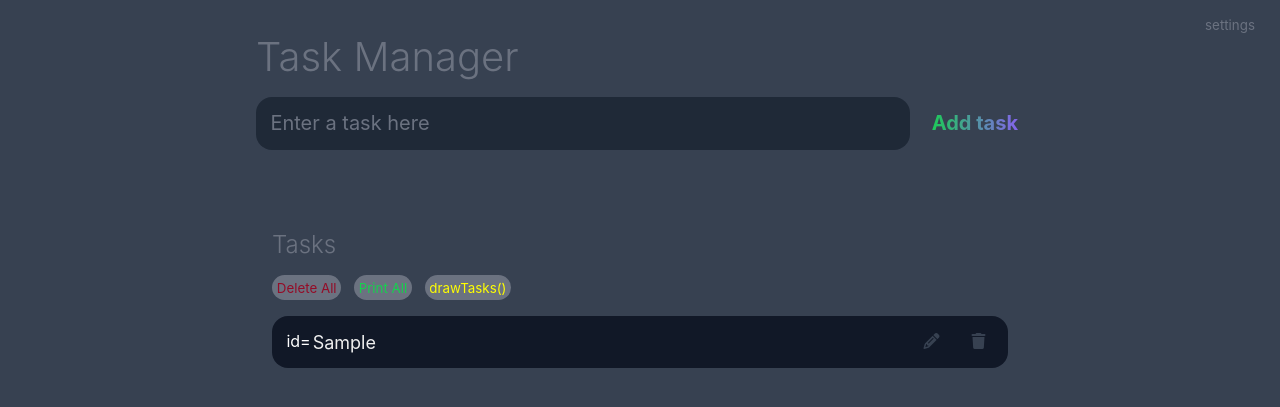
Repository: Herschenglime/todo-list-exercise
Page: index.html
These files come from the project's save history. The page is drawn as it stood at one moment and after the next save; the edit follows.
The browser window is 1280 px wide. The pictures show the whole page.
Empty fields were first filled with sample values (such as "Sample", 5 or name@example.com).
After loading, the first visible `#new-task-form` was submitted once.
Some web libraries are served in a nearby version.

Above is the page before, as saved 2022-04-20 02:15:48.

### index.html
<!DOCTYPE html>
<html lang="en">
<head>
    <meta charset="UTF-8">
    <meta http-equiv="X-UA-Compatible" content="IE=edge">
    <meta name="viewport" content="width=device-width, initial-scale=1.0">
    <title>Task Manager</title>
    <link rel="stylesheet" href="sytles.css">
    <script src="https://kit.fontawesome.com/8f66459c5a.js" crossorigin="anonymous"></script>
</head>
<body>
    <nav class="navbar">
        <div class="navbar__container">
            <button id="settings" onclick="toggleSettings()"> settings </button>
        </div>
    </nav>

    <header>
        <h1>Task Manager</h1>
        <form id="new-task-form">
            <input
                type="text"
                id="new-task-input"
                placeholder="Enter a task here" />
            <input
                type="submit"
                id="new-task-submit"
                value="Add task" />
        </form>
    </header>

    <main>
        <section class="task-list">
            <h2>Tasks</h2>
            <div class="overall">
                <button id="delete_all">Delete All</button>
                <button id="print_all">Print All</button>
                <button id="drawTasks_button">drawTasks()</button>

            </div>

            <div id="tasks"></div>
        </section>

    <div class="popup" id="settings_popup">
        <div class="overlay" onclick="toggleSettings()"></div>
        <div class="content">
            <div class="close_button" onclick="toggleSettings()">&times;</div>
            <h1>Allow Duplicates?</h1>
            <p1>Automatically delete duplicate entries?</p1>
            <div class="buttons">
                <button id="toggle_duplicates" onclick="toggleDuplicates()">toggle duplicates</button>
                <button id="joke_button" onclick="testAPI()">tell me a joke</button>
            </div>
        </div>
    </div>

    <script src="app.js"></script>
</body>
</html>

### sytles.css
:root {
    --dark: #374151;
    --darker: #1f2937;
    --darkest: #111827;
    --gray: #6b7280;
    --light: #EEE;
    --pink: #EC4899;
    --purple: #8B5Cf6;
    --green: #16d14e;
    --red: rgb(148, 12, 39);
}

* {
    box-sizing: border-box;
    margin: 0;
    font-family: -apple-system, BlinkMacSystemFont, 'Segoe UI', Roboto, Oxygen, Ubuntu, Cantarell, 'Open Sans', 'Helvetica Neue', sans-serif;
}

body {
    display: flex;
    flex-direction: column;
    min-height: 100vh;
    background: var(--dark);
    color: white;
}

header {
    padding: 2rem 1rem;
    max-width: 800px;
    width: 100%;
    margin: 0 auto;
}

header h1 {
    font-size: 2.5rem;
    font-weight: 300;
    color: var(--gray);
    margin-bottom: 1rem;
}

#new-task-form {
    display: flex;
}

input, button {
    appearance: none;
    border: none;
    outline: none;
    background: none;
}

#new-task-input {
    flex: 1 1 0%;
    background-color: var(--darker);
    padding: .9rem;
    border-radius: 1rem;
    margin-right: 1rem;
    color: var(--light);
    font-size: 1.25rem;
}

#new-task-input::placeholder {
    color: var(--gray);
}

#new-task-submit {
    color: var(--green);
    font-size: 1.25rem;
    font-weight: 700;
    background-image: linear-gradient(to right, var(--green), var(--purple));
    -webkit-background-clip: text;
    -webkit-text-fill-color: transparent;
    cursor: pointer;
    /* transition: 0.4s; */
}

#new-task-submit:hover {
    opacity: 0.8;
}

#new-task-submit:active {
    opacity: 0.67;
}

#settings {
    color: var(--gray);
    position: absolute;
    margin-top: 1rem;
    right: 0px;
    width: 100px;
    cursor: pointer;
}

#settings:hover {
    opacity: 0.8;
}

#settings:active {
    opacity: 0.67;
}

.popup .overlay {
    position:fixed;
    top: 0rem;
    left: 0rem;
    width: 100vw;
    height: 100vh;
    background: rgba(0, 0, 0, 0.7);
    z-index: 1;
    display: none;
}

.popup .content {
    position: absolute;
    top: 50%;
    left: 50%;
    transform: translate(-50%, -50%) scale(0);
    background: var(--gray);
    width: 35rem;
    height: 43rem;
    z-index: 2;
    text-align: center;
    padding: 2rem;
    box-sizing: border-box;
}

.popup .close_button {
    cursor: pointer;
    position: absolute;
    right: 1.5rem;
    top: 1.5rem;
    width: 2rem;
    height: 2rem;
    background: var(--darker);
    color: var(--white);
    font-size: 1.5rem;
    font-weight: .6rem;
    line-height: 2rem;
    text-align: center;
}

.popup.active .overlay {
    display:block;
}

.popup.active .content {
    transition: all 85ms ease-in-out;
    transform: translate(-50%, -50%) scale(1);
}

.popup .content .buttons #toggle_duplicates,#joke_button{
    border-radius: 1rem;
    background-color: var(--darker);
    color: var(--light);
    margin-top: 1rem;
    padding: .5rem;
    cursor: pointer;
    display: block;
    justify-content: center;
    align-items: center;

}


.overall #delete_all {
    /* display: flex;
    flex-direction: column;
    flex: 1 1 0%; */
    color: var(--red);
    background-color: var(--gray);
    padding: .3rem;
    border-radius: .8rem;
    margin-right: .5rem;
    margin-bottom: 1rem;
    cursor: pointer;
}

.overall #delete_all:hover {
    opacity: 0.8;
}

.overall #delete_all:active {
    opacity: 0.67;
}
.overall #print_all {
    color: var(--green);
    background-color: var(--gray);
    padding: .3rem;
    border-radius: .8rem;
    margin-bottom: 1rem;
    cursor: pointer;
}

.overall #print_all:hover {
    opacity: 0.8;
}

.overall #print_all:active {
    opacity: 0.67;
}

.overall #drawTasks_button {
    color: yellow;
    background-color: var(--gray);
    padding: .3rem;
    border-radius: .8rem;
    margin-bottom: 1rem;
    margin-left: .5rem;
    cursor: pointer;
}

.overall #drawTasks_button:hover {
    opacity: 0.8;
}

.overall #drawTasks_button:active {
    opacity: 0.67;
}

main {
    flex: 1 1 0%;
    padding: 2rem 1rem;
    max-width: 800px;
    width: 100%;
    margin: 0 auto;
}

.task-list {
    padding: 1rem;
}

.task-list h2 {
    font-size: 1.5rem;
    font-weight: 300;
    color: var(--gray);
    margin-bottom: 1rem;
}

#tasks .task {
    display: flex;
    justify-content: space-between;
    background-color: var(--darkest);
    padding: .9rem;
    border-radius: 1rem;
    margin-bottom: 1rem;
}

#tasks .task .content {
    flex: 1 1 0%;
}

#tasks .task .content .text {
    color: var(--light);
    font-size: 1.125rem;
    width: 100%;
    display: block;
    /* transition: 0.4s; */
}

#tasks .task .content .text:not(:read-only) {
    color: var(--green);
}

#tasks .task .actions {
    display: flex;
    margin: 0 -0.5rem;
}

.task .actions button {
    cursor: pointer;
    margin: 0 0.5rem;
    font-size: 1.125rem;
    font-weight: 700;
    text-transform: uppercase;
    /* transition: 0.4s */
}

.task .actions button:hover {
    opacity: 0.8;
}

.task .actions button:active {
    opacity: 0.67;
}

.task .actions .edit {
    color: var(--gray);
}

.task .actions .delete {
    color: var(--red);
}

.fa-pencil {
    color: var(--dark);
    margin-left: 1rem;
    margin-right: 1rem;
    cursor: pointer;
}

.fa-pencil:hover {
    opacity: 0.5;
    color: var(--light);
}

.fa-pencil:active {
    opacity: 0.67;
}

.fa-trash {
    color: var(--dark);
    margin-left: 1rem;
    margin-right: 1rem;
    cursor: pointer;
}

.fa-trash:hover {
    opacity: 0.8;
    color: var(--red);
}

.fa-trash:active {
    opacity: 0.67;
}

### app.js
//window.localStorage
// localStorage.setItem('testObject', 'testValue');
// const testConst = localStorage.getItem('testObject');
// localStorage.removeItem('testObject');
// console.log(Storage.toString());

// add option to allow for duplicate tasks or not (add id for each task and use that to refer to instad of name)

window.addEventListener('load', () => {
    const form = document.querySelector("#new-task-form");
    const input = document.querySelector("#new-task-input");
    const delete_all = document.querySelector("#delete_all");
    const print_all = document.querySelector("#print_all");
    const draw_tasks = document.querySelector("#drawTasks_button");
    // let taskNames = [];
    let tasks = [];

    function drawTasks() {
       // old version of drawTasks (worked)
        // // refresh task list based on local storage
        // try {
        //     //tasks = JSON.parse(localStorage.tasks);
        //     taskNames = JSON.parse(localStorage.tasks).map(a => a.taskName)
        //     //console.log(testTasks);
        // } catch (e) {
        //     taskNames = [];
        // }

        // // delete all drawn tasks
        // try {
        //     const tempTasks = document.querySelectorAll('.task');
        //     tempTasks.forEach((drawnTask) => {
        //         drawnTask.remove();
        //     })
        // } catch (e) {
        //     console.log("Failed to delete drawn tasks.")
        //     console.log(e)
        // }

        // // draw tasks
        // try {
        //     taskNames.forEach((task) => {
        //         const list_el = document.querySelector("#tasks");

        //         // creates tasks
        //         const task_el = document.createElement("div");
        //         task_el.classList.add("task");

        //         const task_content_el = document.createElement("div");
        //         task_content_el.classList.add("content");

        //         task_el.appendChild(task_content_el);

        //         const task_input_el = document.createElement("input");
        //         task_input_el.classList.add("text");
        //         task_input_el.type = "text";
        //         // determines the displayed text
        //         task_input_el.value = task;
        //         task_input_el.setAttribute("readonly", "readonly");

        //         task_content_el.appendChild(task_input_el);

        //         // creates buttons (required to display)
        //         const task_actions_el = document.createElement("div");
        //         task_actions_el.classList.add("actions");

        //         const task_edit_el = document.createElement("button");
        //         task_edit_el.classList.add("edit");
        //         task_edit_el.innerHTML = "Edit";

        //         const task_delete_el = document.createElement("button");
        //         task_delete_el.classList.add("delete");
        //         task_delete_el.innerHTML = "Delete";

        //         task_actions_el.appendChild(task_edit_el);
        //         task_actions_el.appendChild(task_delete_el);

        //         task_el.appendChild(task_actions_el);

        //         list_el.appendChild(task_el);

        //         // edit button functionality
        //         task_edit_el.addEventListener('click', () => {
        //             console.log("edit clicked")
        //             console.log("selected task:")
        //             console.log(task_el)
        //             if (task_edit_el.innerText.toLowerCase() == "edit") {
        //                 task_input_el.removeAttribute("readonly");
        //                 // need to look into .focus
        //                 task_input_el.focus();
        //                 task_edit_el.innerText = "Save";
        //             } else {
        //                 task_input_el.setAttribute("readonly", "readonly");
        //                 task_edit_el.innerText = "Edit";
        //             }
        //         });

        //         // delete button functionality
        //         task_delete_el.addEventListener('click', () => {
        //                 console.log("here")
        //                 console.log(task_el)
        //                 taskNames.remove(task)
        //                 list_el.removeChild(task_el);
        //             });
        //     })

        // } catch (e) {
        //     console.log("failed to draw tasks, error:");
        //     console.log(e);
        // }

        //=======
        // new version

        // refresh task list based on local storage
        try {
            tasks = [];
            JSON.parse(localStorage.tasks).forEach((task) => {
                console.log("test")
                tasks.push(task);
            });
            // console.log("session tasks array:")
            // console.log(tasks)
            // console.log("local storage tasks")
            // console.log(localStorage.tasks)
            // //console.log(testTasks);
        } catch (e) {
            console.log("caught error likely due to localStorage.tasks being empty. Is this an issue?")
            // HERE IS HOW TO TELL IF THERE ARE NO TASKS
        }

        // delete all drawn tasks (prevents dupplication of drawn tasks)
        try {
            document.querySelectorAll('.task').forEach((drawnTask) => {
                drawnTask.remove();
            })
        } catch (e) {
            console.log("Failed to delete drawn tasks.")
            console.log(e)
        }

        // draw tasks
        try {
            console.log(tasks)
            tasks.forEach((task) => {
                const list_el = document.querySelector("#tasks");

                // creates tasks
                const task_el = document.createElement("div");
                task_el.classList.add("task");
                task_el.innerHTML = 'id='

                const task_content_el = document.createElement("div");
                task_content_el.classList.add("content");


                task_el.appendChild(task_content_el);


                const task_input_el = document.createElement("input");
                task_input_el.classList.add("text");
                task_input_el.type = "text";

                // id code
                const task_id_el = document.createElement("input");
                task_id_el.classList.add("text");

                // determines the displayed text
                task_input_el.value = task.taskName;
                task_id_el.value = task.id;
                task_input_el.setAttribute("readonly", "readonly");
                task_id_el.setAttribute("readonly", "readonly");
                task_id_el.setAttribute("style", "display:none");

                // new code (temp comment)

                task_content_el.appendChild(task_input_el);
                task_content_el.appendChild(task_id_el);

                // creates buttons (required to display)
                const task_actions_el = document.createElement("div");
                task_actions_el.classList.add("actions");

                const task_edit_el = document.createElement("button");
                task_edit_el.classList.add("edit");
                task_edit_el.innerHTML = "Edit";

                // const task_delete_el = document.createElement("button");
                // task_delete_el.classList.add("delete");
                // task_delete_el.innerHTML = "Delete";
                const task_edit_icon = document.createElement("i");
                task_edit_icon.innerHTML = '<i class="fa-solid fa-pencil"></i>';

                const task_delete_icon = document.createElement("i");
                task_delete_icon.innerHTML = '<i class="fa-solid fa-trash" onclick="deleteTask()"></i>';



                task_actions_el.appendChild(task_edit_icon);
                // task_actions_el.appendChild(task_delete_el);
                task_actions_el.appendChild(task_delete_icon);

                task_el.appendChild(task_actions_el);

                list_el.appendChild(task_el);

                // edit button functionality
                task_edit_el.addEventListener('click', () => {
                    // console.log("selected task:")
                    // console.log(task_el)
                    if (task_edit_el.innerText.toLowerCase() == "edit") {
                        task_input_el.removeAttribute("readonly");
                        // need to look into .focus
                        task_input_el.focus();
                        task_edit_el.innerText = "Save";
                    } else {
                        task_input_el.setAttribute("readonly", "readonly");
                        task_edit_el.innerText = "Edit";
                    }
                });

                // delete button functionality
                task_delete_icon.addEventListener('click', () => {
                        // console.log("here")
                        console.log(task_el)
                        // console.log(task.id)
                        // remove task from tasks array, may need a better solution as project scales (memory management, this still creates a new array)
                        tasks = tasks.filter(function(el) { return el.id != task.id; });
                        tasks.forEach((currentTask) => {
                            console.log(currentTask.id)
                            console.log(task.id)
                            if (currentTask.id == task.id) {
                                console.log("Found it")
                                console.log("remove this task")
                            } {
                                console.log("nope")
                            }
                            console.log("====")
                        })
                        list_el.removeChild(task_el);
                    });
            })

        } catch (e) {
            console.log("failed to draw tasks, error:");
            console.log(e);
        }
    };

    // drawTasks when page is first loaded
    drawTasks();

    // adding tasks
    form.addEventListener('submit', (e) => {
        e.preventDefault();

        // const task = input.value;
        // task object is created here
        const taskObj = {
            taskName:input.value,
            status:"TEMP",
            id: Math.floor(Date.now() + Math.random()),
            priority: "TEMP"
        }
        // alert if no task entered when submitted
        if (!input.value) {
            alert("no text entered");
            return;
        }

        tasks.push(taskObj);
        console.log("tasks array:")
        console.log(tasks)
        console.log("=====")
        localStorage.setItem("tasks", JSON.stringify(tasks));
        // Storage.setItem("tasks", )

        input.value = "";

        // refresh tasks by calling drawTask function
        drawTasks();

        // edit button funcitonality
        // task_edit_el.addEventListener('click', () => {
        //     console.log("edit clicked")
        //     if (task_edit_el.innerText.toLowerCase() == "edit") {
        //         task_input_el.removeAttribute("readonly");
        //         task_input_el.focus();
        //         task_edit_el.innerText = "Save";
        //     } else {
        //         task_input_el.setAttribute("readonly", "readonly");
        //         task_edit_el.innerText = "Edit";
        //     }
        // });

    });

    // delete button functionality (not working)


    // console.log(task_delete_el);
    // task_delete_el.addEventListener('click', () => {
    //     console.log("here")
    //     list_el.removeChild(task_el);
    // });

    // const testVar = document.querySelector(".task .actions .delete");
    // console.log(testVar);

    // testVar.addEventListener('click', () => {
    //     console.log("here")
    //     list_el.removeChild(task_el);
    // });

    // delete_all functionality
    delete_all.addEventListener('click', () => {
        console.log("Local storage cleared.");
        localStorage.clear();
        drawTasks();
    });

    print_all.addEventListener('click', () => {
        try {
            console.log("session tasks array:")
            console.log(tasks)
            console.log("local storage:")
            console.log(JSON.parse(localStorage.tasks))
            console.log("========")
        } catch (e) {
            console.log("No tasks in local storage.")
        }
    });

    // drawTasks dev button functionality
    draw_tasks.addEventListener('click', () => {
        drawTasks();
    });

});

// temp settings popup functionality
function toggleSettings() {
    document.getElementById("settings_popup").classList.toggle("active");
}

document.addEventListener('keydown', function(event){
	if(event.key === "Escape"){
        document.getElementById("settings_popup").classList.toggle("active");
	}
});

function toggleDuplicates() {
    console.log("user wants to toggle duplicates!")
}

function deleteTask() {
    console.log("icon clicked")
    return this.id
}






// testing gpt-j fetch request
let returnedText = "";
function testAPI() {
    console.log("this should hold response:")
    fetch("https://api.ai21.com/studio/v1/j1-jumbo/complete", {
      headers: {
        "Authorization": "Bearer X9U5ZKe7tI7oe5ni0zPLyIUo3w19xJCS",
        "Content-Type": "application/json"
      },
      body: JSON.stringify({
          "prompt": "Joke: ",
          "numResults": 1,
          "maxTokens": 64,
          "temperature": 0.7,
          "topKReturn": 0,
          "topP":1,
          "countPenalty": {
            "scale": 0,
            "applyToNumbers": false,
            "applyToPunctuations": false,
            "applyToStopwords": false,
            "applyToWhitespaces": false,
            "applyToEmojis": false
          },
          "frequencyPenalty": {
            "scale": 0,
            "applyToNumbers": false,
            "applyToPunctuations": false,
            "applyToStopwords": false,
            "applyToWhitespaces": false,
            "applyToEmojis": false
          },
          "presencePenalty": {
            "scale": 0,
            "applyToNumbers": false,
            "applyToPunctuations": false,
            "applyToStopwords": false,
            "applyToWhitespaces": false,
            "applyToEmojis": false
          },
          "stopSequences":["\n"]
        }),
      method: "POST"
    }).then(response => response.json()).then(data => {
        returnedText = data;
        printResponse();
    });
}

function printResponse() {
    console.log(returnedText)
    alert(returnedText.completions[0].data.text)
}

After the next save:
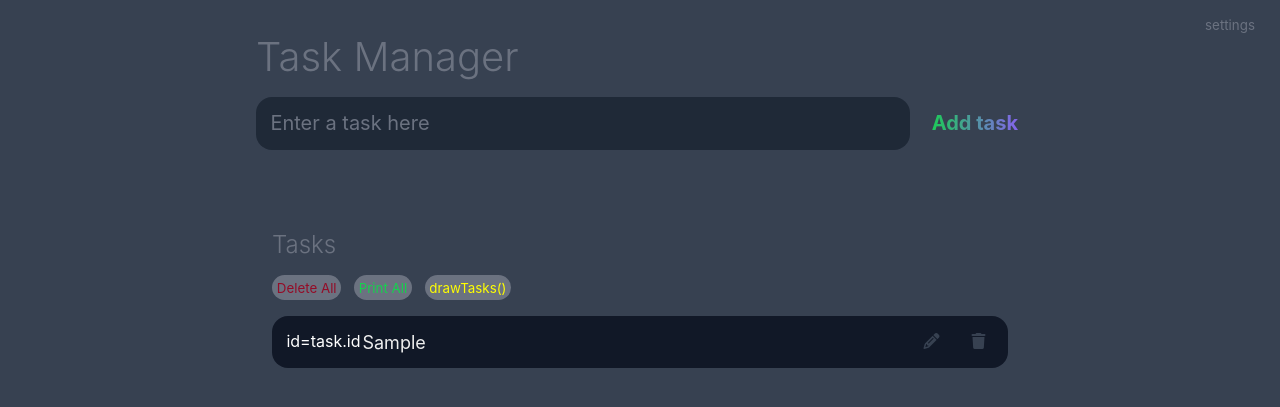
Saved 4 s later.
--- a/app.js
+++ b/app.js
@@ -148,7 +148,7 @@ window.addEventListener('load', () => {
                 // creates tasks
                 const task_el = document.createElement("div");
                 task_el.classList.add("task");
-                task_el.innerHTML = 'id='
+                task_el.innerHTML = 'id=task.id';
 
                 const task_content_el = document.createElement("div");
                 task_content_el.classList.add("content");
